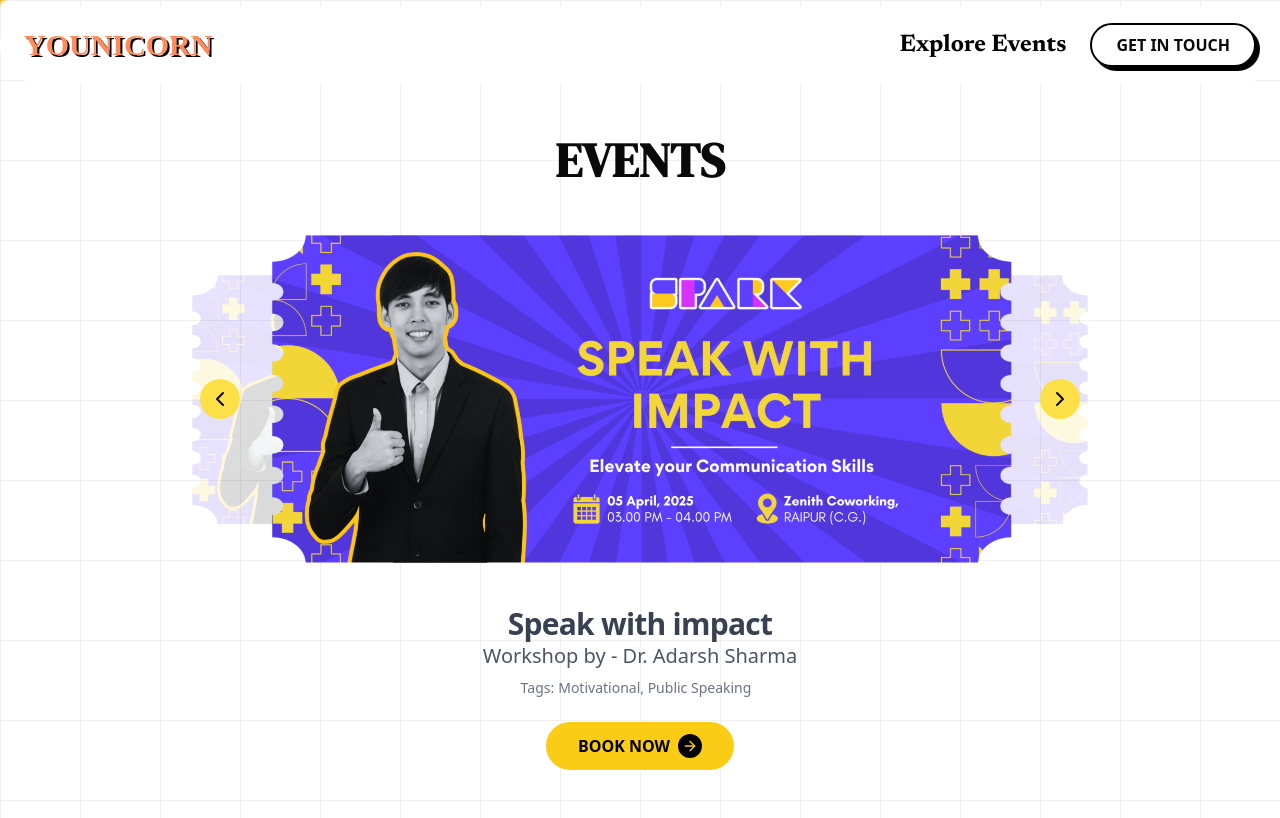
Repository: as-avni/dreamersite
Page: /events
An editor plug-in stored every save of this project. The page is shown before and after a run of saves, followed by the edit.
The browser window is 1280 px wide. The pictures show the whole page.
Some web fonts or font styles are not loaded; a fallback is used. The project was rebuilt for these pictures with package versions that can differ from the ones it lists, and the page was loaded fresh each time. The framework's server and built-in components were replaced by stand-ins that run in the browser. Also part of the build but not shown: next.config.ts.

Above is the page before, as saved 2025-03-27 17:38:38.

After the next 3 saves:
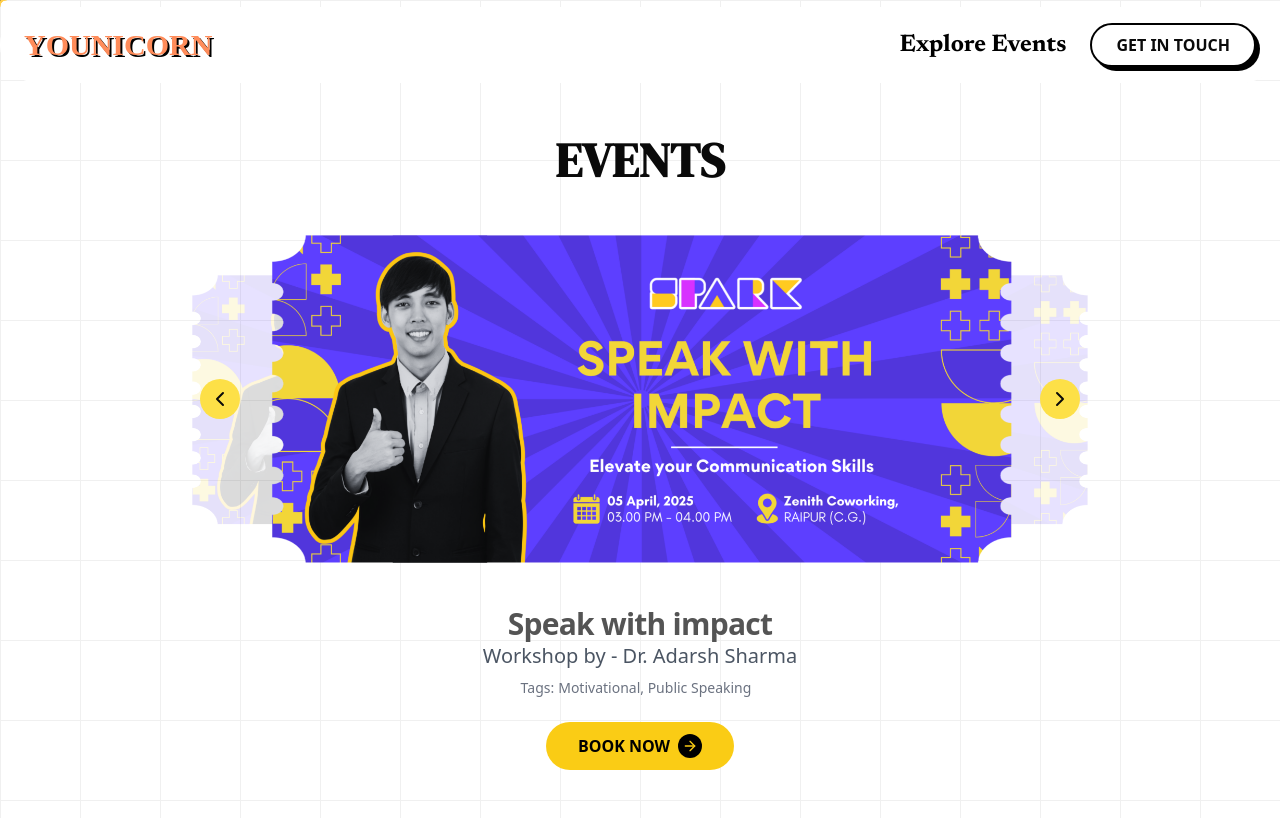
The 3 saves are shown as one change because they came seconds apart.
The last was saved 37 s later.
--- a/src/app/events/events-page.tsx
+++ b/src/app/events/events-page.tsx
@@ -83,7 +83,7 @@ return (
 
     {/* Event Details - Changes based on current carousel item */}
     <div className="text-center mb-4">
-        <h2 className="text-3xl font-bold text-gray-700 tracking-tight">{currentEvent.title}</h2>
+        <h2 className="text-3xl font-bold text-[#545454] tracking-tight">{currentEvent.title}</h2>
         <p className="text-xl text-gray-600 mb-2">Workshop by - {currentEvent.presenter}</p>
 
         <div className="flex justify-center items-center mb-6">
